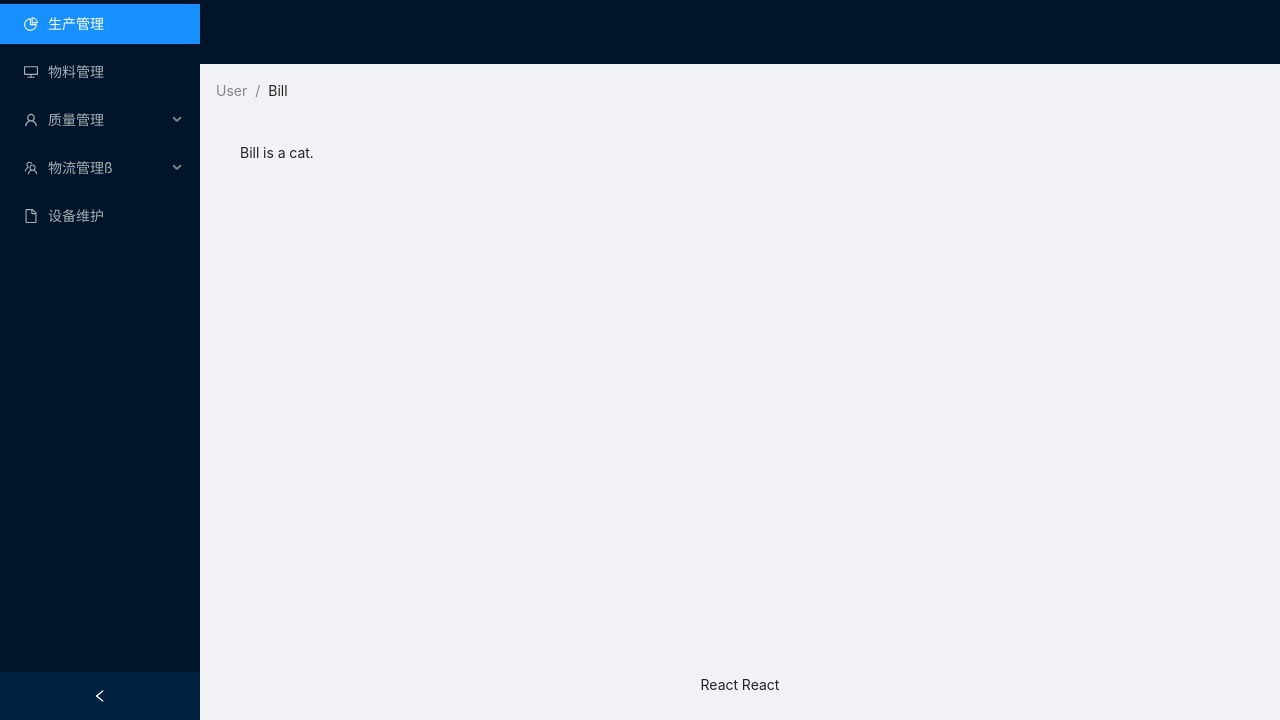
Repository: Vsran/management
Page: /
An editor plug-in stored every save of this project. The page is shown before and after the next save, followed by the edit.
The browser window is 1280 px wide. The pictures show the whole page.
The project was rebuilt for these pictures with package versions that can differ from the ones it lists, and the page was loaded fresh each time.

Above is the page before, as saved 2021-01-16 13:36:31.

After the next save:
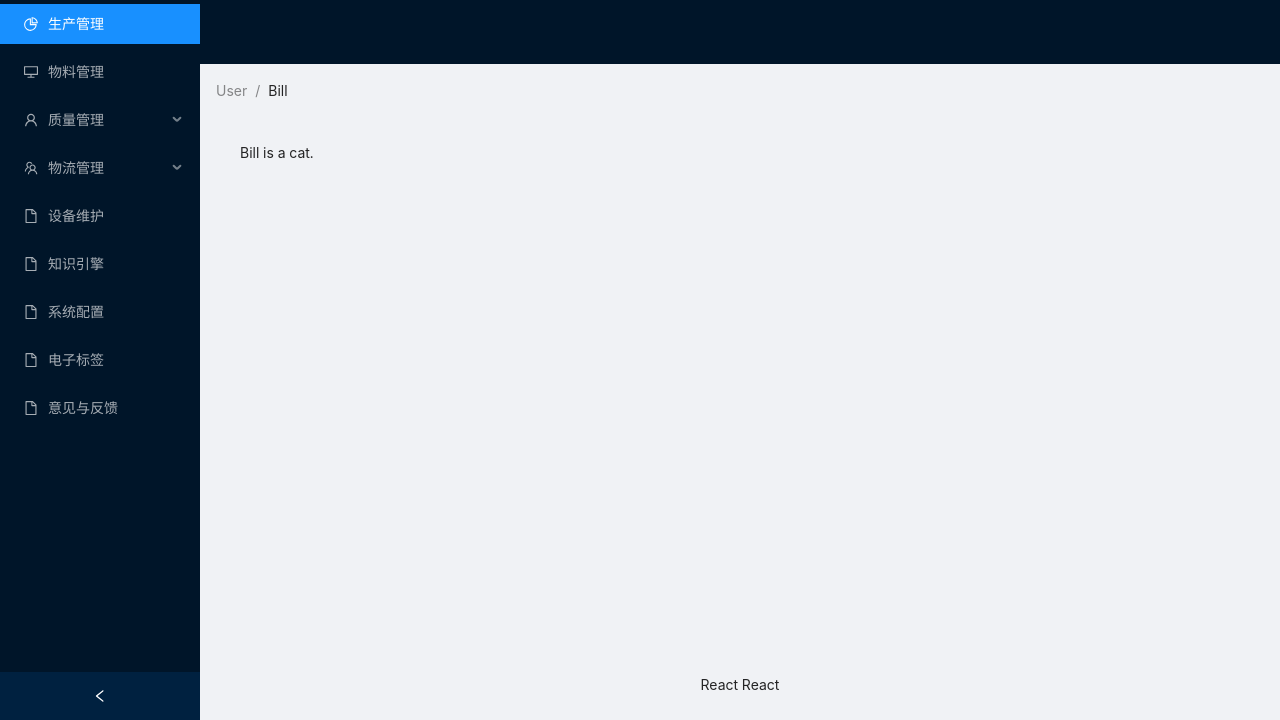
Saved 113 s later.
--- a/src/pages/layout.js
+++ b/src/pages/layout.js
@@ -39,12 +39,24 @@ class SiderDemo extends React.Component {
               <Menu.Item key="4">Bill</Menu.Item>
               <Menu.Item key="5">Alex</Menu.Item>
             </SubMenu>
-            <SubMenu key="sub2" icon={<TeamOutlined />} title="物流管理ß">
+            <SubMenu key="sub2" icon={<TeamOutlined />} title="物流管理">
               <Menu.Item key="6">Team 1</Menu.Item>
               <Menu.Item key="8">Team 2</Menu.Item>
             </SubMenu>
             <Menu.Item key="9" icon={<FileOutlined />}>
               设备维护
+            </Menu.Item>
+            <Menu.Item key="9" icon={<FileOutlined />}>
+              知识引擎
+            </Menu.Item>
+            <Menu.Item key="10" icon={<FileOutlined />}>
+              系统配置
+            </Menu.Item>
+            <Menu.Item key="11" icon={<FileOutlined />}>
+              电子标签
+            </Menu.Item>
+            <Menu.Item key="12" icon={<FileOutlined />}>
+              意见与反馈
             </Menu.Item>
           </Menu>
         </Sider>
